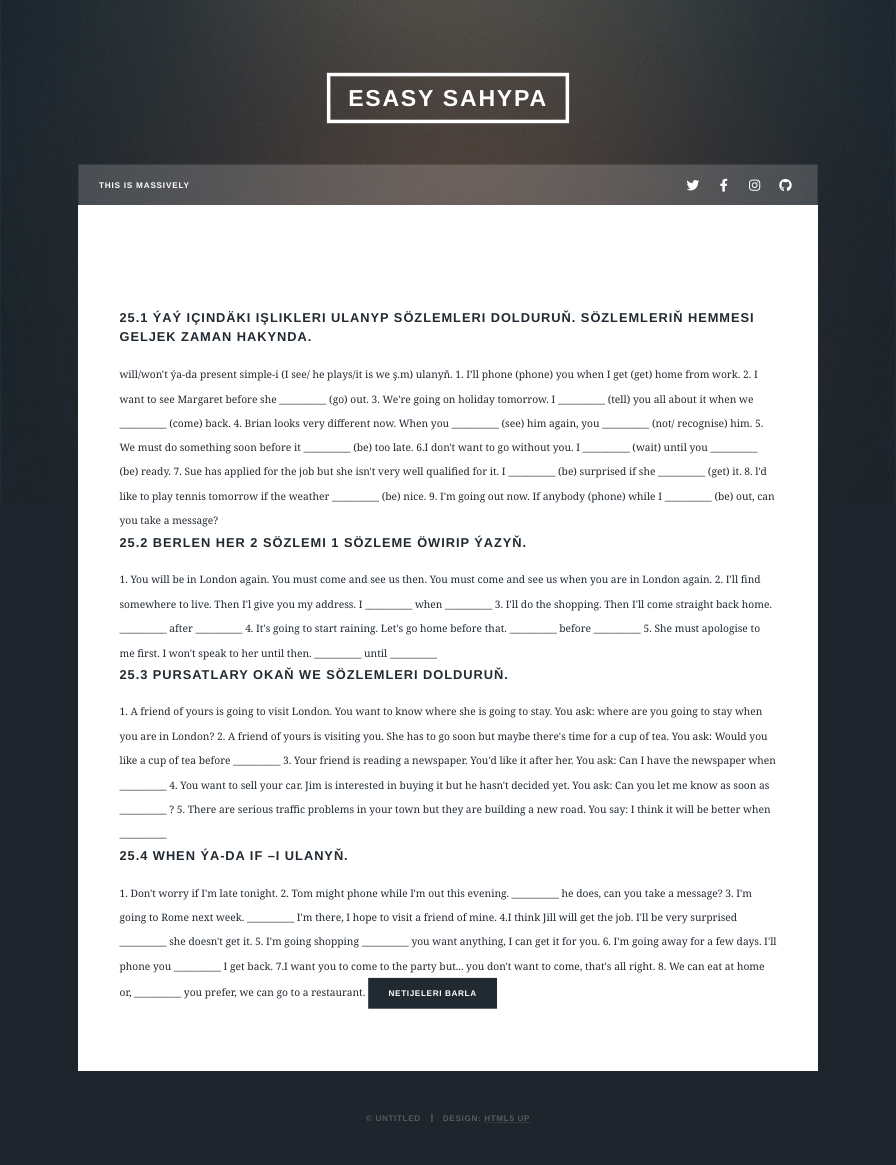
Repository: Sahet-dev/English-grammar-app
Page: test/test_unit _25.html
An editor plug-in stored every save of this project. The page is shown before and after the next save, followed by the edit.
The browser window is 1280 px wide. The pictures show the part of the page from y = 0 to 1920 px (the page is 1664 px tall before and 3023 px after), at 70% of full size.
Some web fonts or font styles are not loaded; a fallback is used.

Above is the page before, as saved 2022-06-24 16:44:58.

### test/test_unit _25.html
<!DOCTYPE HTML>
<!--
	Massively by HTML5 UP
	html5up.net | @ajlkn
	Free for personal and commercial use under the CCA 3.0 license (html5up.net/license)
-->
<html>
	<head>
		<title>Test </title>
		<meta charset="utf-8" />
		<meta name="viewport" content="width=device-width, initial-scale=1, user-scalable=no" />
		<link rel="stylesheet" href="../assets/css/test.css" />
		<noscript><link rel="stylesheet" href="../assets/css/noscript.css" /></noscript>
	</head>
	<body class="is-preload">

		<!-- Wrapper -->
			<div id="wrapper">

				<!-- Header -->
					<header id="header">
						<a href="index.html" class="logo">Esasy Sahypa</a>
					</header>

				<!-- Nav -->
					<nav id="nav">
						<ul class="links">
							<li><a href="units/.html">This is Massively</a></li>

						</ul>
						<ul class="icons">
							<li><a href="#" class="icon brands fa-twitter"><span class="label">Twitter</span></a></li>
							<li><a href="#" class="icon brands fa-facebook-f"><span class="label">Facebook</span></a></li>
							<li><a href="#" class="icon brands fa-instagram"><span class="label">Instagram</span></a></li>
							<li><a href="#" class="icon brands fa-github"><span class="label">GitHub</span></a></li>
						</ul>
					</nav>

				<!-- Main -->
					<div id="main">

						<!-- Post -->
							<section class="post">
								<header class="major">
									<h2>


									</h2>
								</header>

								<!-- Text stuff -->

									<p>
										<form action="results-unit-1.php" method="post">

										<h3>25.1


														Ýaý içindäki işlikleri ulanyp sözlemleri dolduruň. Sözlemleriň hemmesi geljek zaman hakynda.
													</h3>
														will/won't  ýa-da  present simple-i  (I see/ he
														plays/it is we ş.m) ulanyň.

														1. I’ll phone (phone) you when I get (get) home
														from work.

														2. I want to see Margaret before she   __________   (go)

														 out.

														3. We're going on holiday tomorrow. I    __________
														(tell) you all about it when we    __________    (come)

														back.

														4. Brian looks very different now. When
														you    __________    (see) him again, you    __________    (not/
														recognise) him.

														5. We must do something soon before it
														   __________   (be) too late.

														6.I don't want to go without you. I   __________    (wait)
														until you   __________
														(be) ready.

														7. Sue has applied for the job but she isn't very
														well qualified for it. I    __________    (be) surprised if

														she   __________

														(get) it.

														8. l'd like to play tennis tomorrow if the

														weather   __________    (be) nice.

														9. I'm going out now. If anybody
														(phone) while I    __________    (be) out, can you take a
														 message?


														<h3>25.2

														Berlen her 2 sözlemi 1 sözleme öwirip ýazyň.</h3>

														1. You will be in London again. You must come

														and see us then.

														You must come and see us when you are in
														London again.

														2. I'll find somewhere to live. Then I'l give you
														my address.

														I   __________   when   __________

														3. I'll do the shopping. Then I'll come straight
														back home.

														   __________   after   __________

														4. It's going to start raining. Let's go home
														before that.

														   __________    before   __________

														5. She must apologise to me first. I won't
														speak to her until then.

														   __________   until   __________

														<h3>25.3

														Pursatlary okaň we sözlemleri dolduruň.</h3>
														1. A friend of yours is going to visit London.
														You want to know where she is going to stay.
														You ask: where are you going to stay when
														you are in London?

														2. A friend of yours is visiting you. She has to
														go soon but maybe there's time for a cup of

														 tea.

														You ask: Would you like a cup of tea
														before   __________

														3. Your friend is reading a newspaper. You'd
														 like it after her.

														You ask: Can I have the newspaper
														 when   __________

														4. You want to sell your car. Jim is interested in
														buying it but he hasn't decided yet.
														You ask: Can you let me know as soon

														as   __________   ?

														5. There are serious traffic problems in your
														town but they are building a new road.
														You say: I think it will be better when    __________

													<h3>25.4

														When ýa-da if –i ulanyň.</h3>

														1. Don't worry if I'm late tonight.

														2. Tom might phone while l'm out this
														evening.   __________   he does, can you take a
														message?




														3. I'm going to Rome next week.   __________    I'm
														there, I hope to visit a friend of mine.

														4.I think Jill will get the job. I'll be very
														surprised   __________    she doesn't get it.

														5. I'm going shopping   __________    you want
														anything, I can get it for you.

														6. I'm going away for a few days. I'll phone
														you   __________    I get back.

														7.I want you to come to the party but...
														you don't want to come, that's all right.

														8. We can eat at home or,   __________    you prefer, we

														can go to a restaurant.


											        <button class="button primary" type="submit">Netijeleri barla</button>
										</form>



									</p>


							</section>

					</div>


				<!-- Copyright -->
					<div id="copyright">
						<ul><li>&copy; Untitled</li><li>Design: <a href="https://html5up.net">HTML5 UP</a></li></ul>
					</div>

			</div>

		<!-- Scripts -->
			<script src="assets/js/jquery.min.js"></script>
			<script src="assets/js/jquery.scrollex.min.js"></script>
			<script src="assets/js/jquery.scrolly.min.js"></script>
			<script src="assets/js/browser.min.js"></script>
			<script src="assets/js/breakpoints.min.js"></script>
			<script src="assets/js/util.js"></script>
			<script src="assets/js/main.js"></script>

	</body>
</html>

Loaded but not shown: assets/js/jquery.min.js (library); assets/js/jquery.scrollex.min.js (common file); assets/js/jquery.scrolly.min.js (common file); assets/js/browser.min.js (common file); assets/js/breakpoints.min.js (common file); assets/css/fontawesome-all.min.css (library); assets/js/util.js (587 lines, source omitted); assets/js/main.js (258 lines, source omitted); assets/css/test.css (4689 lines, source omitted)

After the next save:
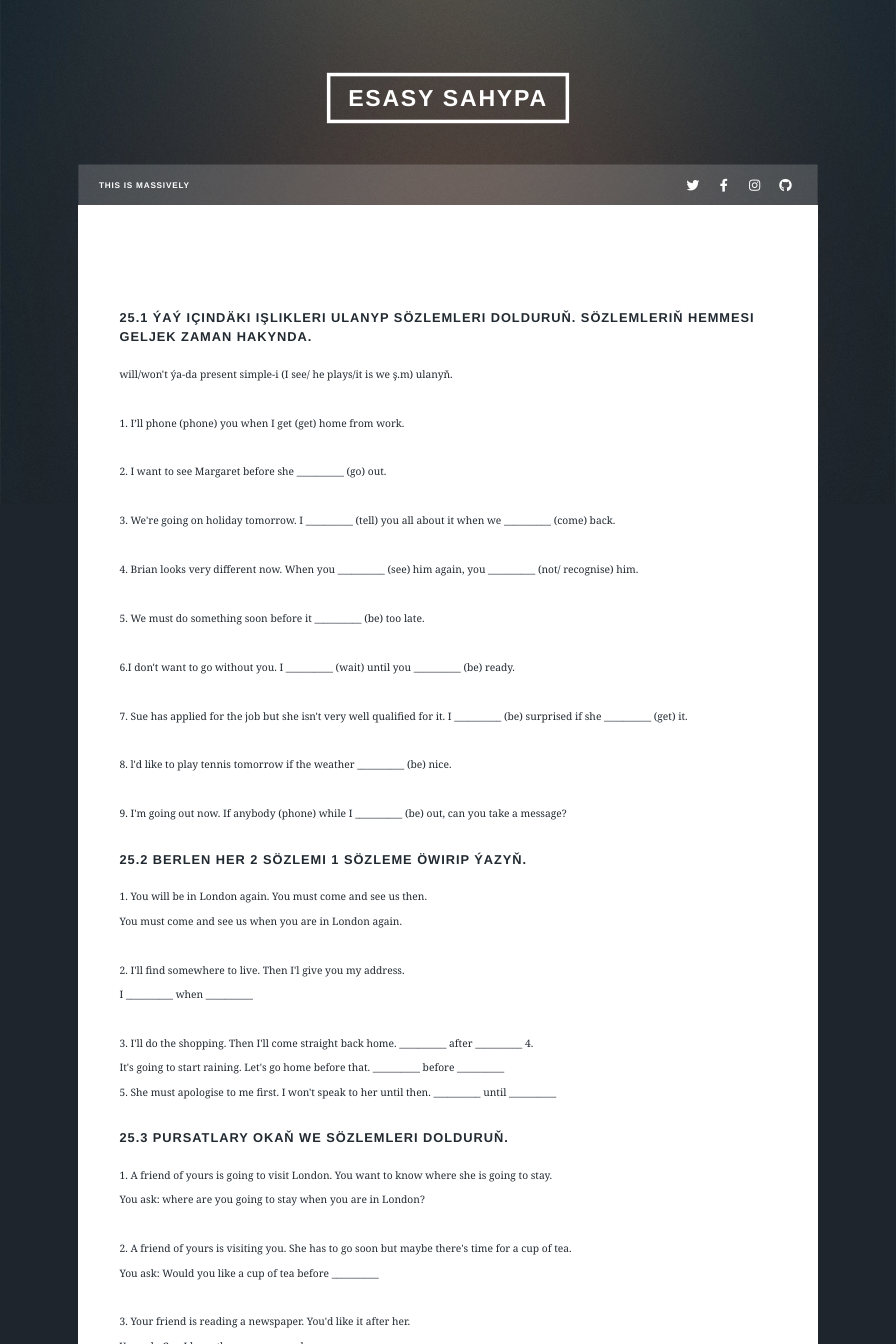
Saved 116 s later.
--- a/test/test_unit _25.html
+++ b/test/test_unit _25.html
@@ -60,45 +60,45 @@
 													</h3>
 														will/won't  ýa-da  present simple-i  (I see/ he
 														plays/it is we ş.m) ulanyň.
-
+														<br><br>
 														1. I’ll phone (phone) you when I get (get) home
 														from work.
-
+														<br><br>
 														2. I want to see Margaret before she   __________   (go)
 
 														 out.
-
+														 <br><br>
 														3. We're going on holiday tomorrow. I    __________
 														(tell) you all about it when we    __________    (come)
 
 														back.
-
+														<br><br>
 														4. Brian looks very different now. When
 														you    __________    (see) him again, you    __________    (not/
 														recognise) him.
-
+														<br><br>
 														5. We must do something soon before it
 														   __________   (be) too late.
-
+														   <br><br>
 														6.I don't want to go without you. I   __________    (wait)
 														until you   __________
 														(be) ready.
-
+														<br><br>
 														7. Sue has applied for the job but she isn't very
 														well qualified for it. I    __________    (be) surprised if
 
 														she   __________
 
 														(get) it.
-
+														<br><br>
 														8. l'd like to play tennis tomorrow if the
 
 														weather   __________    (be) nice.
-
+														<br><br>
 														9. I'm going out now. If anybody
 														(phone) while I    __________    (be) out, can you take a
 														 message?
-
+														 <br><br>
 
 														<h3>25.2
 
@@ -107,94 +107,94 @@
 														1. You will be in London again. You must come
 
 														and see us then.
-
+														<br>
 														You must come and see us when you are in
 														London again.
-
+														<br><br>
 														2. I'll find somewhere to live. Then I'l give you
-														my address.
+														my address.<br>
 
 														I   __________   when   __________
-
+														<br><br>
 														3. I'll do the shopping. Then I'll come straight
 														back home.
 
 														   __________   after   __________
 
-														4. It's going to start raining. Let's go home
+														4.<br> It's going to start raining. Let's go home
 														before that.
 
 														   __________    before   __________
-
+														   <br>
 														5. She must apologise to me first. I won't
 														speak to her until then.
 
 														   __________   until   __________
-
+														   <br><br>
 														<h3>25.3
 
 														Pursatlary okaň we sözlemleri dolduruň.</h3>
 														1. A friend of yours is going to visit London.
-														You want to know where she is going to stay.
+														You want to know where she is going to stay.<br>
 														You ask: where are you going to stay when
 														you are in London?
-
+														<br><br>
 														2. A friend of yours is visiting you. She has to
 														go soon but maybe there's time for a cup of
 
 														 tea.
-
+														 <br>
 														You ask: Would you like a cup of tea
 														before   __________
-
+														<br><br>
 														3. Your friend is reading a newspaper. You'd
-														 like it after her.
+														 like it after her.<br>
 
 														You ask: Can I have the newspaper
 														 when   __________
-
+														 <br><br>
 														4. You want to sell your car. Jim is interested in
 														buying it but he hasn't decided yet.
 														You ask: Can you let me know as soon
 
 														as   __________   ?
-
+														<br><br>
 														5. There are serious traffic problems in your
 														town but they are building a new road.
 														You say: I think it will be better when    __________
-
+														<br><br>
 													<h3>25.4
 
 														When ýa-da if –i ulanyň.</h3>
 
 														1. Don't worry if I'm late tonight.
-
+														<br><br>
 														2. Tom might phone while l'm out this
 														evening.   __________   he does, can you take a
 														message?
 
-
+														<br><br>
 
 
 														3. I'm going to Rome next week.   __________    I'm
 														there, I hope to visit a friend of mine.
-
+														<br><br>
 														4.I think Jill will get the job. I'll be very
 														surprised   __________    she doesn't get it.
-
+														<br><br>
 														5. I'm going shopping   __________    you want
 														anything, I can get it for you.
-
+														<br><br>
 														6. I'm going away for a few days. I'll phone
 														you   __________    I get back.
-
+														<br><br>
 														7.I want you to come to the party but...
 														you don't want to come, that's all right.
-
+														<br><br>
 														8. We can eat at home or,   __________    you prefer, we
 
 														can go to a restaurant.
-
+														<br><br>
 
 											        <button class="button primary" type="submit">Netijeleri barla</button>
 										</form>
